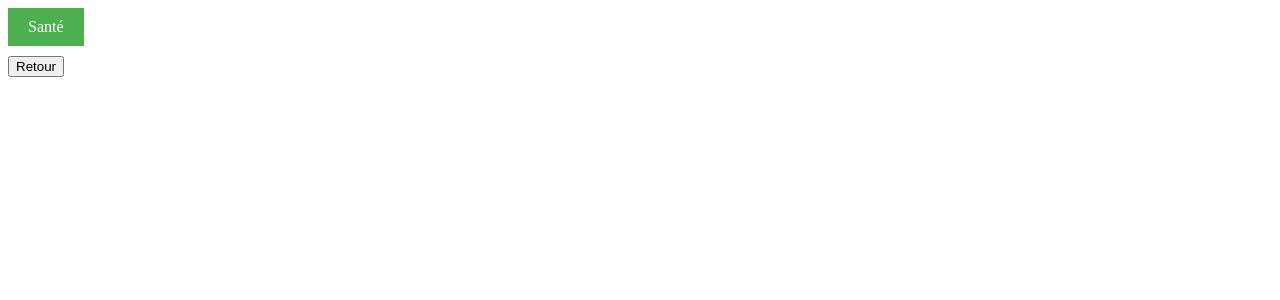
Repository: Sidel-malek/e-sbitar
Page: http://localhost/singup/
The author's editor kept a copy of each file at every save. The page is drawn from the files as they stood at one save, then again after the next save.
The browser window is 1280 px wide. The pictures show the whole page.
The page is served by Tomcat 9.

Above is the page before, as saved 2023-06-03 02:42:43.

After the next save:
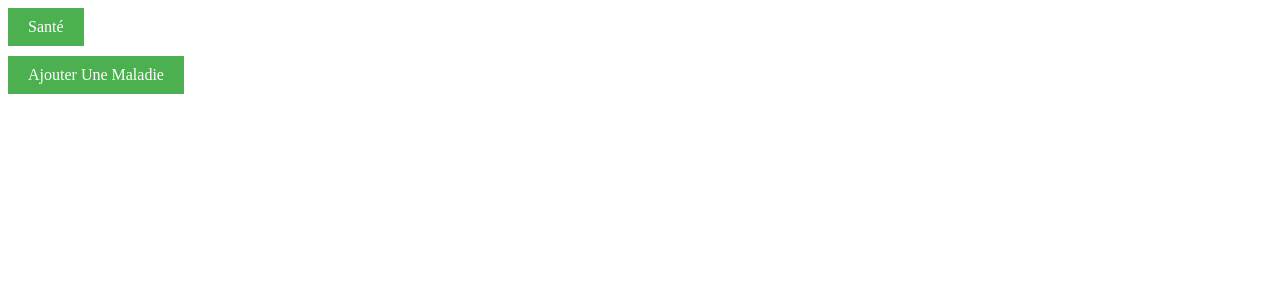
Saved 77 s later.
--- a/authentification/singup/src/main/webapp/index.jsp
+++ b/authentification/singup/src/main/webapp/index.jsp
@@ -30,9 +30,11 @@
         <a href="${pageContext.request.contextPath}/maladies" class="maladie2-image-link">Santé</a>
     </div>
 
-      <div class="maladie2-image" id="maladie-image">
-        <button onclick="window.history.back()" class="maladie-image-link">Retour</button>
+    <div class="maladie2-image" id="maladie2-image">
+        <a href="praistataire.jsp" class="maladie2-image-link">Ajouter Une Maladie</a>
     </div>
+
+
 
 
 
